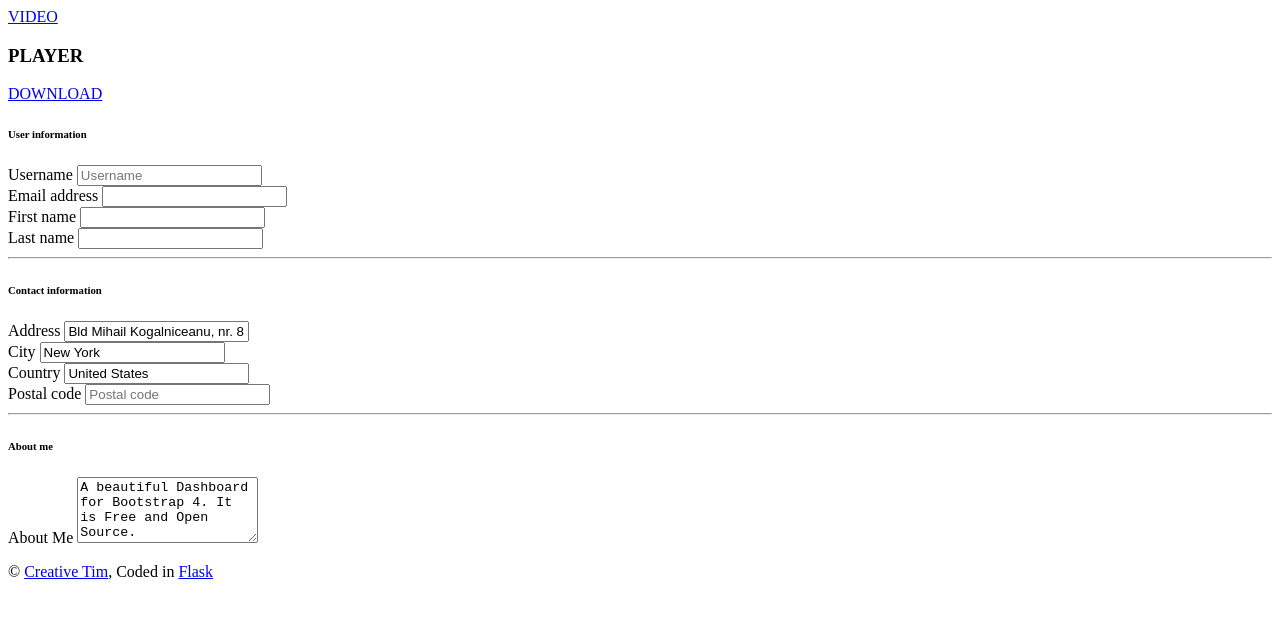
Repository: jasperDD/usedocker
Page: app/templates/pages/profile.html
The author's editor kept a record of every edit. The page is drawn from the files as they stood at one moment, then again after the next edit.
The browser window is 1280 px wide. The pictures show the whole page.
The template is drawn by Flask 3. The application's start-up code is not run. Other server files are loaded and not shown. The template is opened directly, without the code that normally fills it, so the values that code supplies are empty.

Above is the page before.

### app/templates/pages/profile.html
  <!-- Main content -->
  <div class="main-content">
    <!-- Top navbar -->
    <nav class="navbar navbar-top navbar-expand-md navbar-dark" id="navbar-main">
      <div class="container-fluid">
        <!-- Brand -->
        <a class="h4 mb-0 text-white text-uppercase d-none d-lg-inline-block" href="/profile.html">VIDEO</a>
      </div>
    </nav>
    <!-- Header -->
    {% include 'includes/top-stats.html' %}


    <!-- Page content -->
    <div class="container-fluid mt--7">
      <div class="row">
        <!--<div class="col-xl-4 order-xl-2 mb-5 mb-xl-0">-->
        <!--  <div class="card card-profile shadow">-->
        <!--    <div class="row justify-content-center">-->
        <!--      <div class="col-lg-3 order-lg-2">-->
        <!--        <div class="card-profile-image">-->
        <!--          <a href="#">-->
        <!--            <img src="/static/assets/img/theme/team-4-800x800.jpg" class="rounded-circle">-->
        <!--          </a>-->
        <!--        </div>-->
        <!--      </div>-->
        <!--    </div>-->
        <!--    <div class="card-header text-center border-0 pt-8 pt-md-4 pb-0 pb-md-4">-->
        <!--      <div class="d-flex justify-content-between">-->
        <!--        <a href="#" class="btn btn-sm btn-info mr-4">Connect</a>-->
        <!--        <a href="#" class="btn btn-sm btn-default float-right">Message</a>-->
        <!--      </div>-->
        <!--    </div>-->
        <!--    <div class="card-body pt-0 pt-md-4">-->
        <!--      <div class="row">-->
        <!--        <div class="col">-->
        <!--          <div class="card-profile-stats d-flex justify-content-center mt-md-5">-->
        <!--            <div>-->
        <!--              <span class="heading">22</span>-->
        <!--              <span class="description">Friends</span>-->
        <!--            </div>-->
        <!--            <div>-->
        <!--              <span class="heading">10</span>-->
        <!--              <span class="description">Photos</span>-->
        <!--            </div>-->
        <!--            <div>-->
        <!--              <span class="heading">89</span>-->
        <!--              <span class="description">Comments</span>-->
        <!--            </div>-->
        <!--          </div>-->
        <!--        </div>-->
        <!--      </div>-->
        <!--      <div class="text-center">-->
        <!--        <h3>-->
        <!--          Jessica Jones<span class="font-weight-light">, 27</span>-->
        <!--        </h3>-->
        <!--        <div class="h5 font-weight-300">-->
        <!--          <i class="ni location_pin mr-2"></i>Bucharest, Romania-->
        <!--        </div>-->
        <!--        <div class="h5 mt-4">-->
        <!--          <i class="ni business_briefcase-24 mr-2"></i>Solution Manager - Creative Tim Officer-->
        <!--        </div>-->
        <!--        <div>-->
        <!--          <i class="ni education_hat mr-2"></i>University of Computer Science-->
        <!--        </div>-->
        <!--        <hr class="my-4" />-->
        <!--        <p>Ryan — the name taken by Melbourne-raised, Brooklyn-based Nick Murphy — writes, performs and records all of his own music.</p>-->
        <!--        <a href="#">Show more</a>-->
        <!--      </div>-->
        <!--    </div>-->
        <!--  </div>-->
        <!--</div>-->
        <div class="col-xl-12 order-xl-1">
          <div class="card bg-secondary shadow">
            <div class="card-header bg-white border-0">
              <div class="row align-items-center">
                <div class="col-8">
                  <h3 class="mb-0">PLAYER</h3>
                </div>
                <div class="col-4 text-right">
                  <a href="#!" class="btn btn-block btn-primary">DOWNLOAD</a>
                </div>
              </div>
            </div>
            <div class="card-body">
              <form>
                <h6 class="heading-small text-muted mb-4">User information</h6>
                <div class="pl-lg-4">
                  <div class="row">
                    <div class="col-lg-6">
                      <div class="form-group">
                        <label class="form-control-label" for="input-username">Username</label>
                        <input type="text" id="input-username" class="form-control form-control-alternative" placeholder="Username" value="{{ current_user.user }}">
                      </div>
                    </div>
                    <div class="col-lg-6">
                      <div class="form-group">
                        <label class="form-control-label" for="input-email">Email address</label>
                        <input type="email" id="input-email" class="form-control form-control-alternative" placeholder="{{ current_user.email }}">
                      </div>
                    </div>
                  </div>
                  <div class="row">
                    <div class="col-lg-6">
                      <div class="form-group">
                        <label class="form-control-label" for="input-first-name">First name</label>
                        <input type="text" id="input-first-name" class="form-control form-control-alternative">
                      </div>
                    </div>
                    <div class="col-lg-6">
                      <div class="form-group">
                        <label class="form-control-label" for="input-last-name">Last name</label>
                        <input type="text" id="input-last-name" class="form-control form-control-alternative">
                      </div>
                    </div>
                  </div>
                </div>
                <hr class="my-4" />
                <!-- Address -->
                <h6 class="heading-small text-muted mb-4">Contact information</h6>
                <div class="pl-lg-4">
                  <div class="row">
                    <div class="col-md-12">
                      <div class="form-group">
                        <label class="form-control-label" for="input-address">Address</label>
                        <input id="input-address" class="form-control form-control-alternative" placeholder="Home Address" value="Bld Mihail Kogalniceanu, nr. 8 Bl 1, Sc 1, Ap 09" type="text">
                      </div>
                    </div>
                  </div>
                  <div class="row">
                    <div class="col-lg-4">
                      <div class="form-group">
                        <label class="form-control-label" for="input-city">City</label>
                        <input type="text" id="input-city" class="form-control form-control-alternative" placeholder="City" value="New York">
                      </div>
                    </div>
                    <div class="col-lg-4">
                      <div class="form-group">
                        <label class="form-control-label" for="input-country">Country</label>
                        <input type="text" id="input-country" class="form-control form-control-alternative" placeholder="Country" value="United States">
                      </div>
                    </div>
                    <div class="col-lg-4">
                      <div class="form-group">
                        <label class="form-control-label" for="input-country">Postal code</label>
                        <input type="number" id="input-postal-code" class="form-control form-control-alternative" placeholder="Postal code">
                      </div>
                    </div>
                  </div>
                </div>
                <hr class="my-4" />
                <!-- Description -->
                <h6 class="heading-small text-muted mb-4">About me</h6>
                <div class="pl-lg-4">
                  <div class="form-group">
                    <label>About Me</label>
                    <textarea rows="4" class="form-control form-control-alternative" placeholder="A few words about you ...">A beautiful Dashboard for Bootstrap 4. It is Free and Open Source.</textarea>
                  </div>
                </div>
              </form>
            </div>
          </div>
        </div>
      </div>

      {% include 'includes/footer.html' %}

    </div>
  </div>

### app/templates/includes/top-stats.html

    <div class="header bg-gradient-primary pb-8 pt-5 pt-md-8">
      <div class="container-fluid">
        <!--<div class="header-body">-->
          <!-- Card stats -->
          <!--<div class="row">-->
          <!--  <div class="col-xl-3 col-lg-6">-->
          <!--    <div class="card card-stats mb-4 mb-xl-0">-->
          <!--      <div class="card-body">-->
          <!--        <div class="row">-->
          <!--          <div class="col">-->
          <!--            <h5 class="card-title text-uppercase text-muted mb-0">Traffic</h5>-->

          <!--            <span id="stats_traffic" class="h2 font-weight-bold mb-0">N/A</span>-->

          <!--          </div>-->
          <!--          <div class="col-auto">-->
          <!--            <div class="icon icon-shape bg-danger text-white rounded-circle shadow">-->
          <!--              <i class="fas fa-chart-bar"></i>-->
          <!--            </div>-->
          <!--          </div>-->
          <!--        </div>-->
          <!--        <p class="mt-3 mb-0 text-muted text-sm">-->
          <!--          <span class="text-success mr-2"><i class="fa fa-arrow-up"></i> 3.48%</span>-->
          <!--          <span class="text-nowrap">Since last month</span>-->
          <!--        </p>-->
          <!--      </div>-->
          <!--    </div>-->
          <!--  </div>-->
          <!--  <div class="col-xl-3 col-lg-6">-->
          <!--    <div class="card card-stats mb-4 mb-xl-0">-->
          <!--      <div class="card-body">-->
          <!--        <div class="row">-->
          <!--          <div class="col">-->
          <!--            <h5 class="card-title text-uppercase text-muted mb-0">New users</h5>-->

          <!--            <span id="stats_users" class="h2 font-weight-bold mb-0">N/A</span>-->

          <!--          </div>-->
          <!--          <div class="col-auto">-->
          <!--            <div class="icon icon-shape bg-warning text-white rounded-circle shadow">-->
          <!--              <i class="fas fa-chart-pie"></i>-->
          <!--            </div>-->
          <!--          </div>-->
          <!--        </div>-->
          <!--        <p class="mt-3 mb-0 text-muted text-sm">-->
          <!--          <span class="text-danger mr-2"><i class="fas fa-arrow-down"></i> 3.48%</span>-->
          <!--          <span class="text-nowrap">Since last week</span>-->
          <!--        </p>-->
          <!--      </div>-->
          <!--    </div>-->
          <!--  </div>-->
          <!--  <div class="col-xl-3 col-lg-6">-->
          <!--    <div class="card card-stats mb-4 mb-xl-0">-->
          <!--      <div class="card-body">-->
          <!--        <div class="row">-->
          <!--          <div class="col">-->
          <!--            <h5 class="card-title text-uppercase text-muted mb-0">Sales</h5>-->

          <!--            <span id="stats_sales" class="h2 font-weight-bold mb-0">N/A</span>-->

          <!--          </div>-->
          <!--          <div class="col-auto">-->
          <!--            <div class="icon icon-shape bg-yellow text-white rounded-circle shadow">-->
          <!--              <i class="fas fa-users"></i>-->
          <!--            </div>-->
          <!--          </div>-->
          <!--        </div>-->
          <!--        <p class="mt-3 mb-0 text-muted text-sm">-->
          <!--          <span class="text-warning mr-2"><i class="fas fa-arrow-down"></i> 1.10%</span>-->
          <!--          <span class="text-nowrap">Since yesterday</span>-->
          <!--        </p>-->
          <!--      </div>-->
          <!--    </div>-->
          <!--  </div>-->
          <!--  <div class="col-xl-3 col-lg-6">-->
          <!--    <div class="card card-stats mb-4 mb-xl-0">-->
          <!--      <div class="card-body">-->
          <!--        <div class="row">-->
          <!--          <div class="col">-->
          <!--            <h5 class="card-title text-uppercase text-muted mb-0">Performance</h5>-->

          <!--            <span id="stats_perf" class="h2 font-weight-bold mb-0">N/A</span>-->

          <!--          </div>-->
          <!--          <div class="col-auto">-->
          <!--            <div class="icon icon-shape bg-info text-white rounded-circle shadow">-->
          <!--              <i class="fas fa-percent"></i>-->
          <!--            </div>-->
          <!--          </div>-->
          <!--        </div>-->
          <!--        <p class="mt-3 mb-0 text-muted text-sm">-->
          <!--          <span class="text-success mr-2"><i class="fas fa-arrow-up"></i> 12%</span>-->
          <!--          <span class="text-nowrap">Since last month</span>-->
          <!--        </p>-->
          <!--      </div>-->
          <!--    </div>-->
          <!--  </div>-->
          <!--</div>-->
        <!--</div>-->
      </div>
    </div>

### app/templates/includes/footer.html

      <!-- Footer -->
      <footer class="footer">
        <div class="row align-items-center justify-content-xl-between">
          <div class="col-xl-6">
            <div class="copyright text-center text-xl-left text-muted">
              &copy; <a href="https://www.creative-tim.com/product/argon-dashboard" class="font-weight-bold ml-1" >Creative Tim</a>,
                Coded in <a href="http://flask.pocoo.org/">Flask</a>
            </div>
          </div>
          <div class="col-xl-6">
            <ul class="nav nav-footer justify-content-center justify-content-xl-end">


            </ul>
          </div>
        </div>
      </footer>

After the next edit:
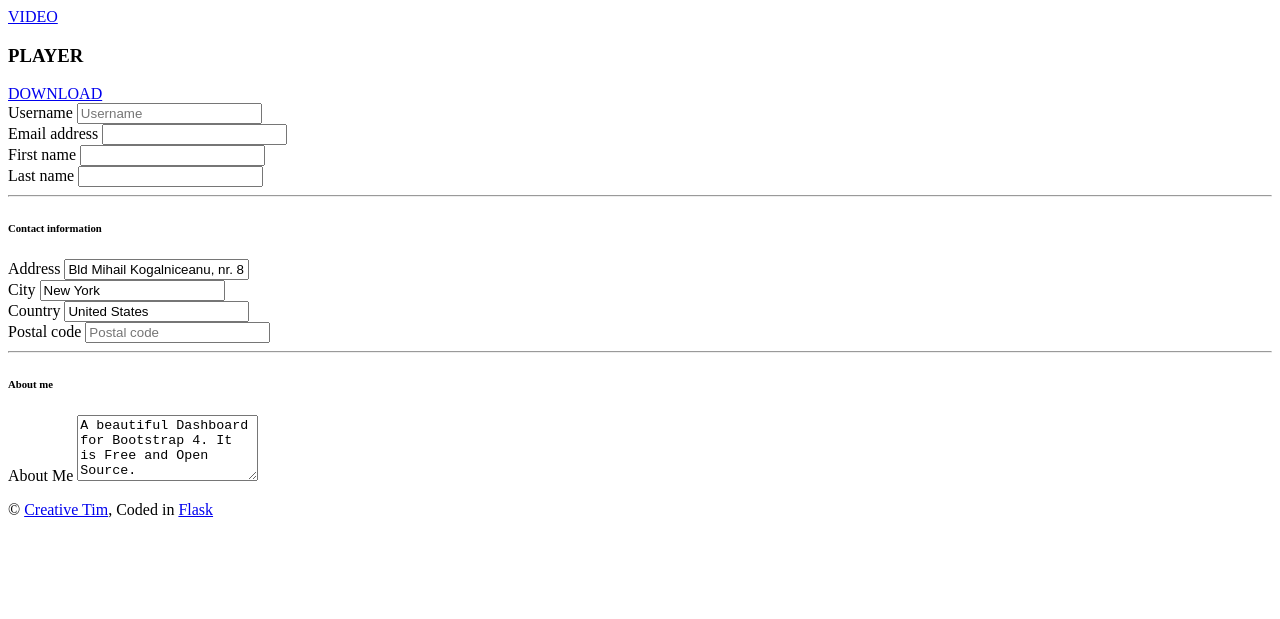
The edit:
--- a/app/templates/pages/profile.html
+++ b/app/templates/pages/profile.html
@@ -84,7 +84,7 @@
             </div>
             <div class="card-body">
               <form>
-                <h6 class="heading-small text-muted mb-4">User information</h6>
+                <!--<h6 class="heading-small text-muted mb-4">User information</h6>-->
                 <div class="pl-lg-4">
                   <div class="row">
                     <div class="col-lg-6">
